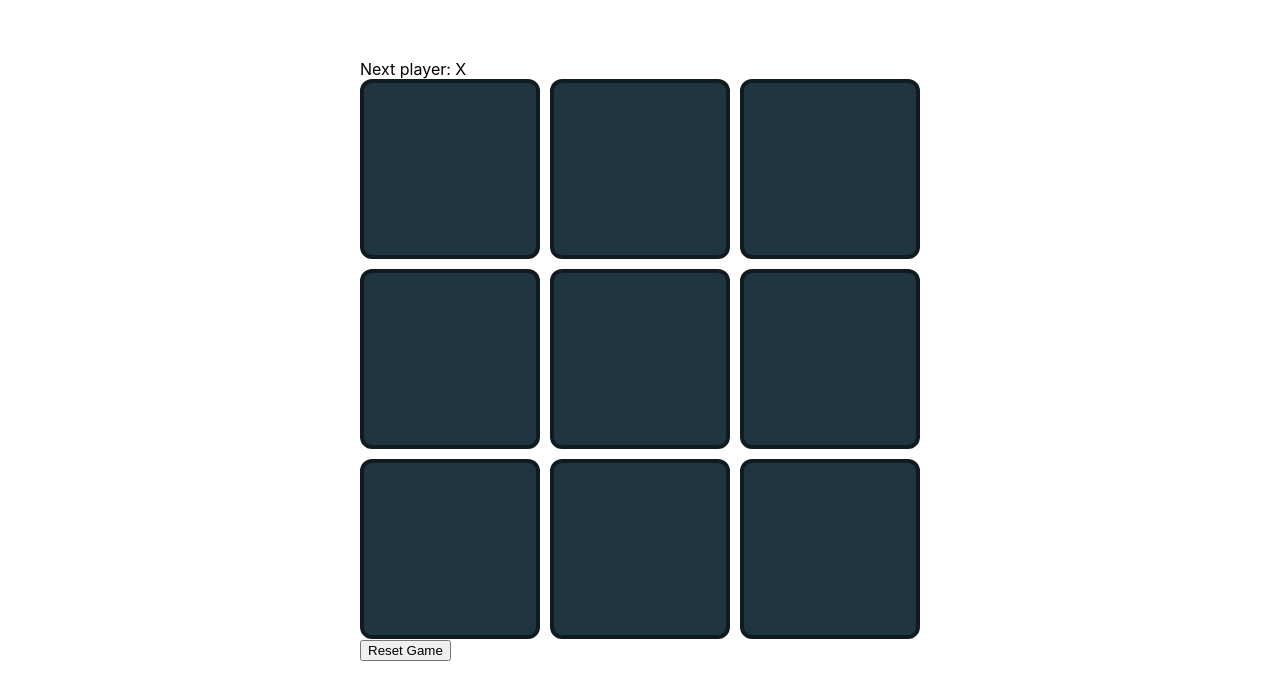
Repository: Monterro324/Tic-Tac
Page: / (app in tic-tac/)
These files come from the project's save history. The page is drawn as it stood at one moment and after the next save; the edit follows.
The browser window is 1280 px wide. The pictures show the whole page.
The project was rebuilt for these pictures with package versions that can differ from the ones it lists, and the page was loaded fresh each time.

Above is the page before, as saved 2024-05-04 21:25:30.

After the next save:
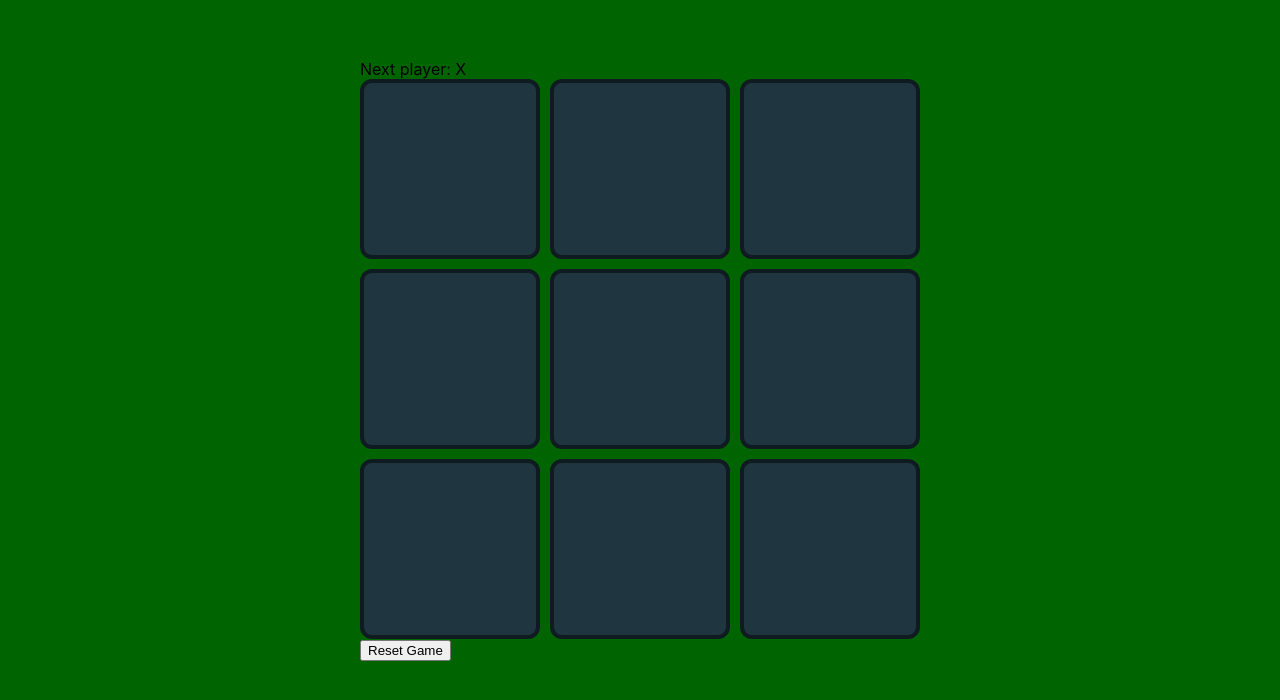
Saved 8 s later.
--- a/tic-tac/src/App.css
+++ b/tic-tac/src/App.css
@@ -4,7 +4,7 @@ body, html {
   display: flex;
   justify-content: center;
   align-items: center;
-  background-color: ;
+  background-color: darkgreen;
 }
 
 .board {
